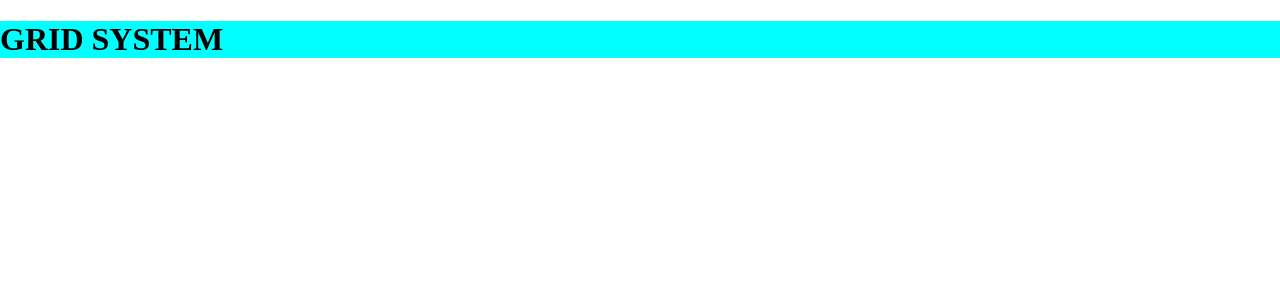
Repository: Nguyenquangduy22/Reponsive
Page: index.html
An editor plug-in stored every save of this project. The page is shown before and after the next save, followed by the edit.
The browser window is 1280 px wide. The pictures show the whole page.

Above is the page before, as saved 2022-07-24 16:35:27.

### index.html
<!DOCTYPE html>
<html lang="en">
<head>
    <meta charset="UTF-8">
    <meta http-equiv="X-UA-Compatible" content="IE=edge">
    <meta name="viewport" content="width=device-width, initial-scale=1.0">
    <title>Document</title>
    <link rel="stylesheet" href="style.css">
    <style>
        body{
            margin: 0;
        }
        .container{
            background-color: aqua;

        }
        .h1{
            padding: 100px 0;
        }
    </style>
</head>
<body>
    <div class="grid container">
        <h1>GRID SYSTEM</h1>
    </div>
</body>
</html>

### style.css
.grid{
    width: 100%;
    display: block;
    padding: 0; /*tránh sau này ảnh hưởng grid*/
}

After the next save:
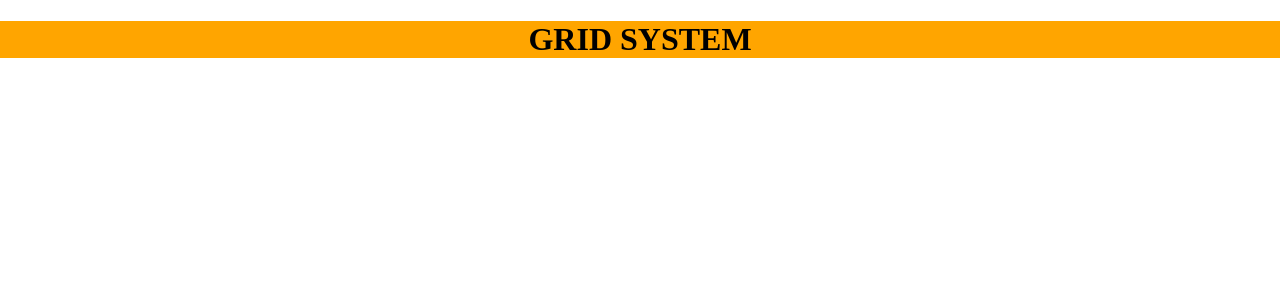
Saved 95 s later.
--- a/index.html
+++ b/index.html
@@ -11,11 +11,15 @@
             margin: 0;
         }
         .container{
-            background-color: aqua;
+            background-color: orange;
+            text-align: center;
 
         }
         .h1{
             padding: 100px 0;
+            font-size: 100px;
+            color: aliceblue;
+            margin: 0;
         }
     </style>
 </head>
